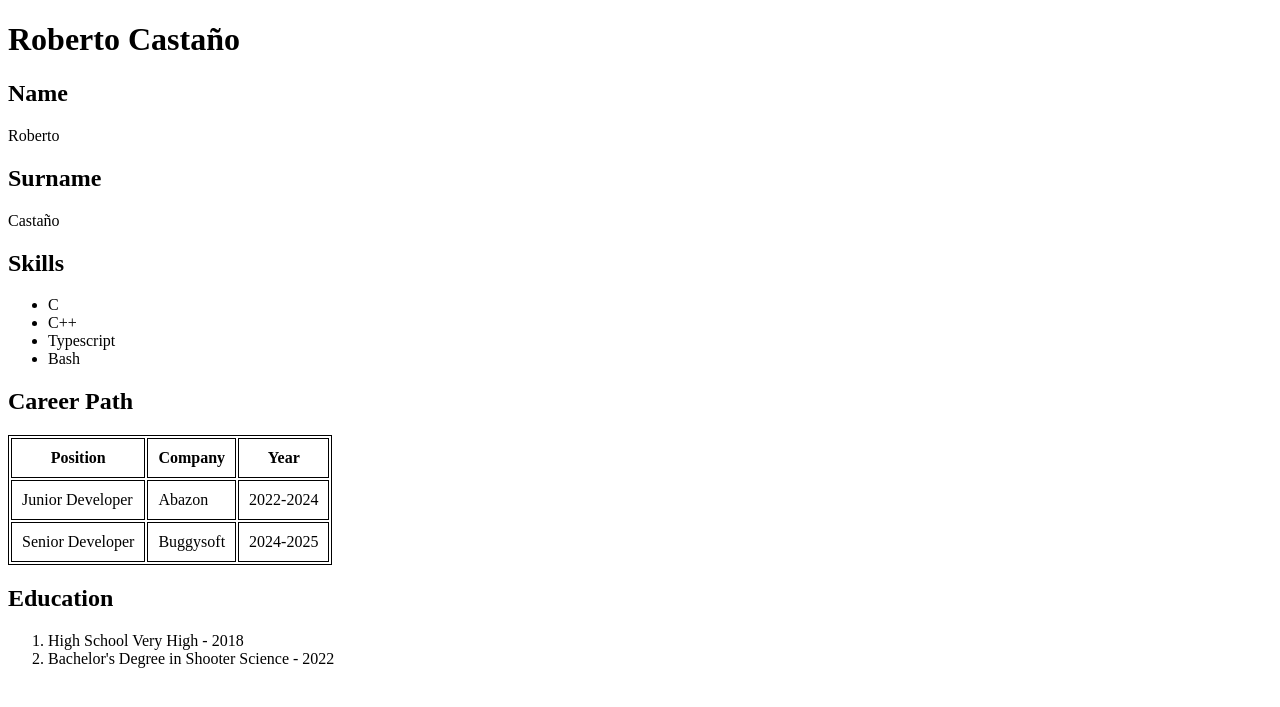
Repository: cronopi/django
Page: Training-Python-Django-0 1/ex01/cv.html
An editor plug-in stored every save of this project. The page is shown before and after the next save, followed by the edit.
The browser window is 1280 px wide. The pictures show the whole page.

Above is the page before, as saved 2026-03-10 12:35:48.

After the next save:
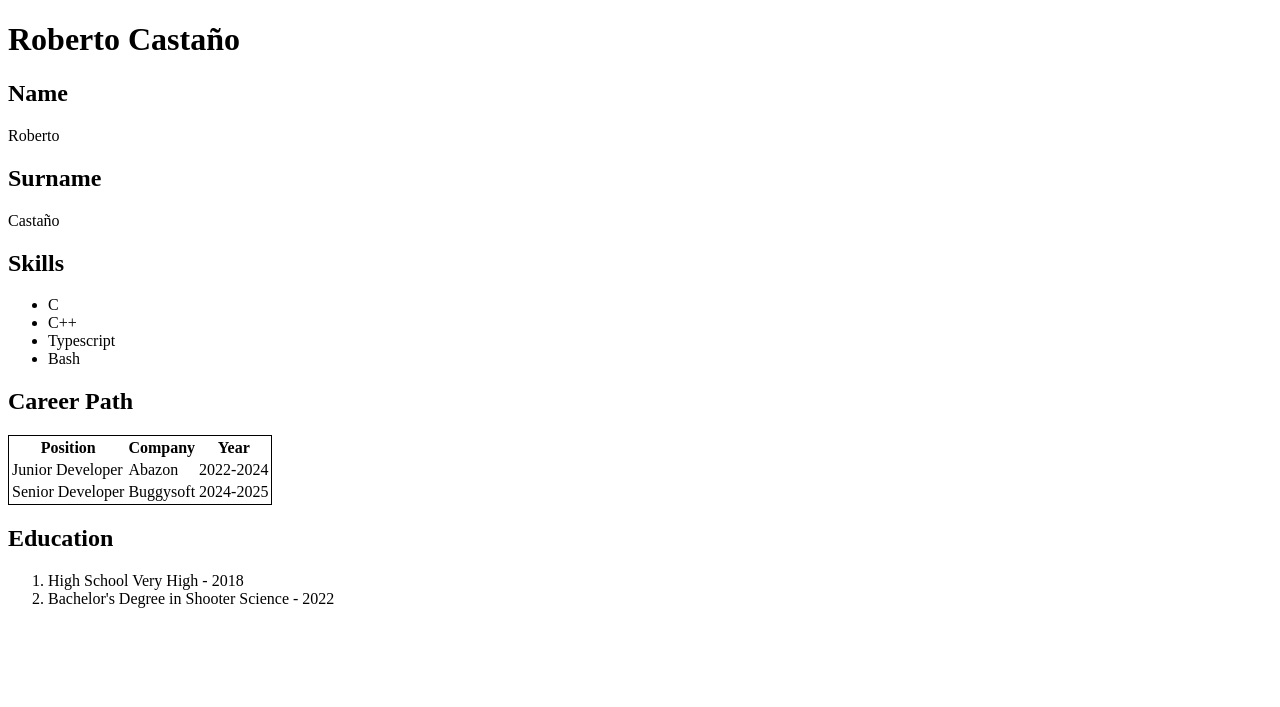
Saved 6 s later.
--- a/Training-Python-Django-0 1/ex01/cv.html
+++ b/Training-Python-Django-0 1/ex01/cv.html
@@ -6,12 +6,6 @@
 	<style>
 		table {
 			border: 1px solid black;
-		}
-
-		table th,
-		table td {
-			border: 1px solid black;
-			padding: 10px;
 		}
 	</style>
 </head>
